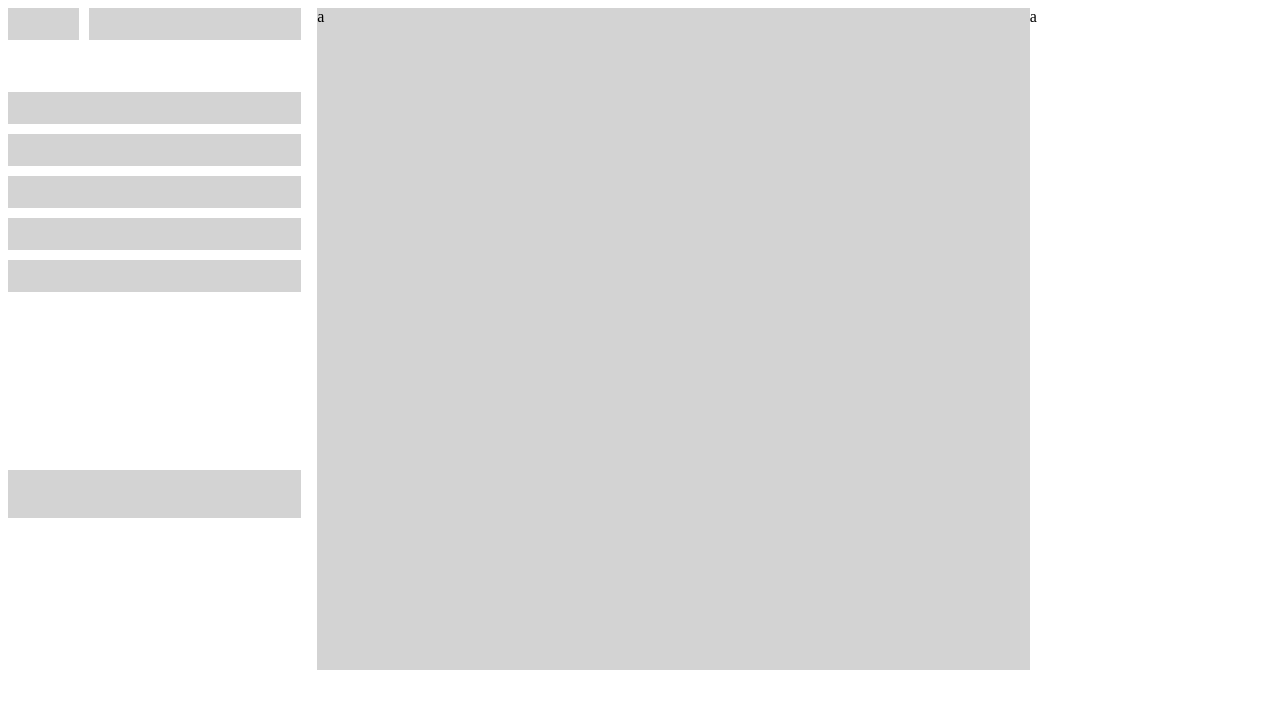
Repository: tr2cky/exercise2
Page: index.html
An editor plug-in stored every save of this project. The page is shown before and after the next save, followed by the edit.
The browser window is 1280 px wide. The pictures show the whole page.

Above is the page before, as saved 2022-10-01 11:42:49.

### index.html
<!DOCTYPE html>
<html lang="en">

<head>
    <meta charset="UTF-8">
    <meta http-equiv="X-UA-Compatible" content="IE=edge">
    <meta name="viewport" content="width=device-width, initial-scale=1.0">
    <link rel="stylesheet" href="style.css">
    <title>Document</title>
</head>

<body>
    <div class="container">
        <div class="side1">
        <div id="box1"></div>
        <div id="box2"></div>
        <div id="box3"></div>
        <div id="box4"></div>
        <div id="box5"></div>
        <div id="box6"></div>
        <div id="box7"></div>
        <div id="box8"></div>
        </div>
        <main>
            a
        </main>
        <div class="side2">
            a
        </div>
    </div>
</body>

</html>

### style.css
.container {
    display: flex;
    flex-direction: row;
    height: 92vh;
}
main {
    flex-grow: 3;
    background-color: lightgray;
}
.side1 {
    flex-grow: 1;
    display: grid;
    grid-template-columns: 1fr 3fr;
    grid-auto-rows: 2em;
    grid-gap: 10px;
    margin-right: 1em;
}
.side2 {
    flex-grow: 1;
}
.side1 div {
    background-color: lightgray;
}
#box1 {
    border: 1px solid lightgray;
    padding: 5px;
}
#box3{
    grid-column: 1/3;
    grid-row: 3;
}
#box4{
    grid-column: 1/3;
    grid-row: 4;
}
#box5{
    grid-column: 1/3;
    grid-row: 5;
}
#box6{
    grid-column: 1/3;
    grid-row: 6;
}
#box7{
    grid-column: 1/3;
        grid-row: 7;
}
#box8 {
    grid-column: 1/3;
    grid-row: 12;
    height: 3em;
}

After the next save:
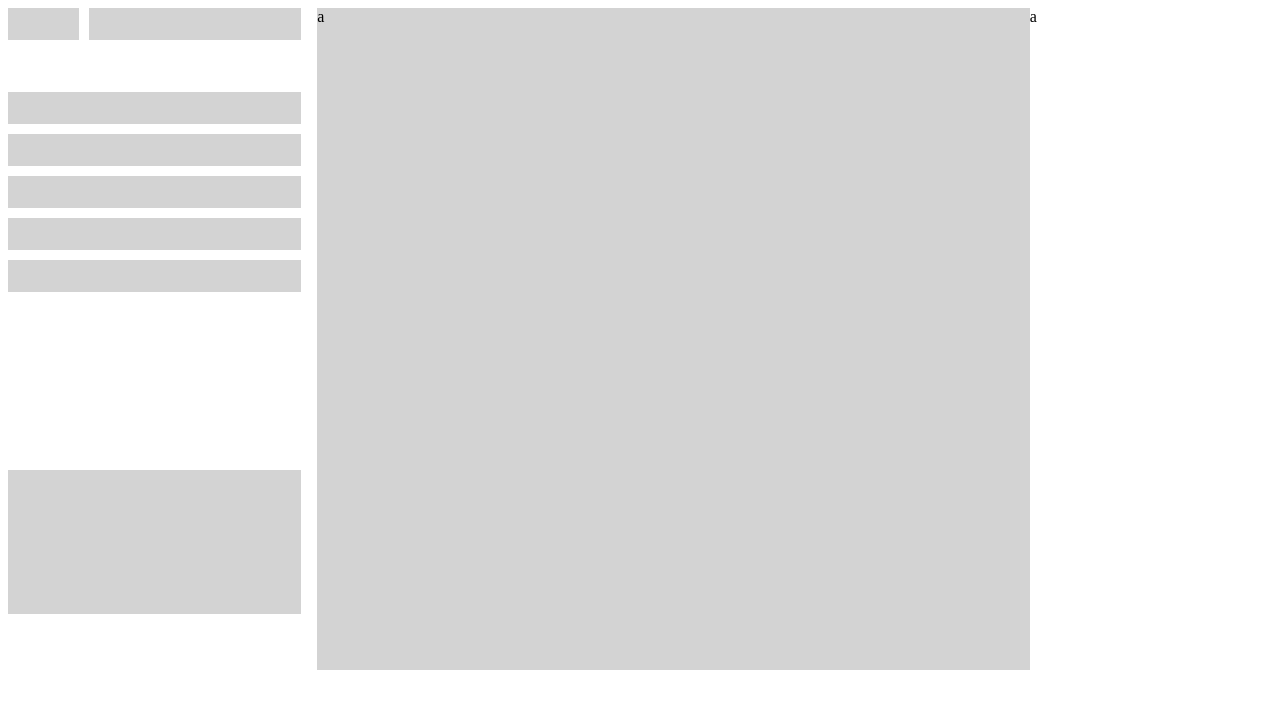
Saved 9 s later.
--- a/style.css
+++ b/style.css
@@ -48,5 +48,5 @@ main {
 #box8 {
     grid-column: 1/3;
     grid-row: 12;
-    height: 3em;
+    height: 9em;
 }
